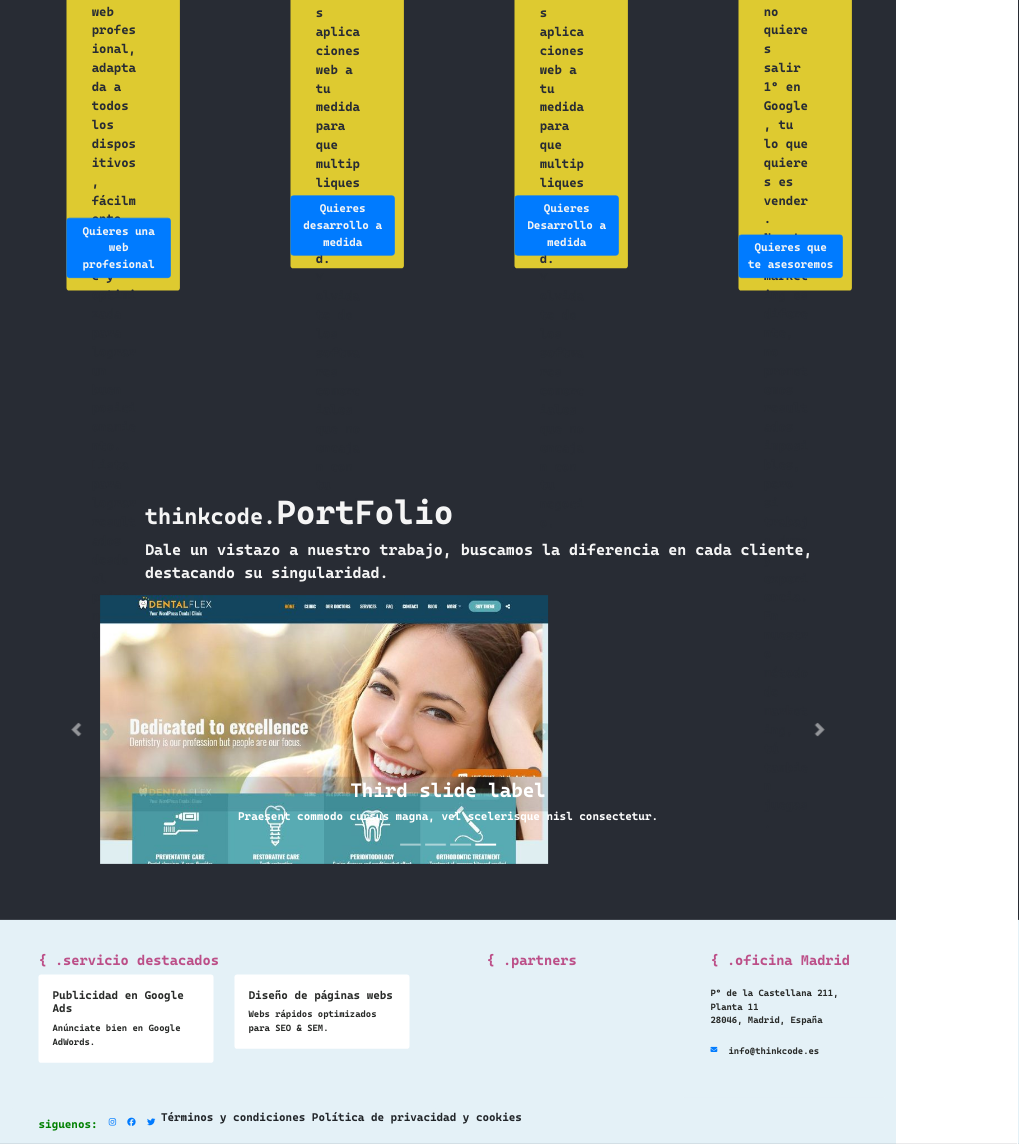
Repository: banchiec/thinkcode
Page: /
The author's editor kept a copy of each file at every save. The page is drawn from the files as they stood at one save, then again after the next save.
The browser window is 1280 px wide. The page is 1455 px wide, so the pictures cover 1455 px, including what lies to the right of the window. The pictures show the part of the page from y = 1533 to 3213 px (the page is 3167 px tall before and 3213 px after), at 70% of full size.
Some web libraries are served in a nearby version. The project was rebuilt for these pictures with package versions that can differ from the ones it lists, and the page was loaded fresh each time. A package was used in the major version that the imports need, not the one package.json lists. Also part of the build but not shown: src/components/MenuItems.js, src/components/Dropdownthink.css, src/components/Dropdownthink.js, src/components/pages/Consulting.js, src/components/pages/ContactUs.js, src/components/pages/Marketing.js, src/components/pages/Products.js, src/components/pages/Services.js and 1 more. Imported but missing from the stored project, and not drawn on this page: src/components/sliderInfo/SliderInfo.

Above is the page before, as saved 2020-11-30 13:52:32.

### public/index.html
<!DOCTYPE html>
<html lang="en">
  <head>
    <meta charset="utf-8" />
    <link rel="icon" href="%PUBLIC_URL%/favicon.ico" />
    <meta name="viewport" content="width=device-width, initial-scale=1" />
    <meta name="theme-color" content="#000000" />
    <meta
      name="description"
      content="Web site created using create-react-app"
    />
    <link rel="apple-touch-icon" href="%PUBLIC_URL%/logo192.png" />

    <!-- fontawesome -->
    <script src="https://kit.fontawesome.com/e7a02c1b14.js" crossorigin="anonymous"></script>
    <!-- jquery -->
    <script src="https://code.jquery.com/jquery-2-2.0.min.js"></script>
    <!--
      manifest.json provides metadata used when your web app is installed on a
      user's mobile device or desktop. See https://developers.google.com/web/fundamentals/web-app-manifest/
    -->
    <link rel="manifest" href="%PUBLIC_URL%/manifest.json" />
    <!--
      Notice the use of %PUBLIC_URL% in the tags above.
      It will be replaced with the URL of the `public` folder during the build.
      Only files inside the `public` folder can be referenced from the HTML.

      Unlike "/favicon.ico" or "favicon.ico", "%PUBLIC_URL%/favicon.ico" will
      work correctly both with client-side routing and a non-root public URL.
      Learn how to configure a non-root public URL by running `npm run build`.
    -->
    <title>React App</title>
  </head>
  <body>
    <noscript>You need to enable JavaScript to run this app.</noscript>
    <div id="root"></div>
    <!--
      This HTML file is a template.
      If you open it directly in the browser, you will see an empty page.

      You can add webfonts, meta tags, or analytics to this file.
      The build step will place the bundled scripts into the <body> tag.

      To begin the development, run `npm start` or `yarn start`.
      To create a production bundle, use `npm run build` or `yarn build`.
    -->


  </body>
</html>

### src/index.css
body {
  margin: 0;
  font-family: -apple-system, BlinkMacSystemFont, 'Segoe UI', 'Roboto', 'Oxygen',
    'Ubuntu', 'Cantarell', 'Fira Sans', 'Droid Sans', 'Helvetica Neue',
    sans-serif;
  -webkit-font-smoothing: antialiased;
  -moz-osx-font-smoothing: grayscale;
}

code {
  font-family: source-code-pro, Menlo, Monaco, Consolas, 'Courier New',
    monospace;
}
@font-face{
  font-family: 'CascadiaCode-Bold';
  src: local('CascadiaCode-Bold'), url(./fonts/CascadiaCode-Bold.ttf)
}

### src/App.js
import './App.css';
// import logo_thinkcode from './logo_thinkcode.png'
import React, {} from 'react'
import 'animate.css'
import Navbarthink from './components/Navbarthink'
import InfoSection from './components/infoSection/InfoSection'
import Pricing from './components/pricing/Pricing'
import Footer from './components/footer/Footer'
import Slide from './components/slide/Slide'
import FormContact from './components/forms/FormContact'
import {BrowserRouter as Router, Switch, Route} from 'react-router-dom'


// import Button  from 'react-bootstrap/Button'
// import 'bootstrap/dist/css/bootstrap.min.css'

// import {Navbar,Button, Nav , NavLink} from 'react-bootstrap'

import Consulting from './components/pages/Consulting'
import ContactUs from './components/pages/ContactUs'
import Home from './components/pages/Home'
import Marketing from './components/pages/Marketing'
import Products from './components/pages/Products'
import Services from './components/pages/Services'
import SignUp from './components/pages/SignUp'
// import InfoSection from './components/infoSection/InfoSection';

function App() {

  // const [click, setClick] = useState(false)
  // const [dropdown, setDropdown] = useState(false)




  return (
    <div className="App">
      <Router>
        <Navbarthink/>
        <Switch>
          <Route path='/consulting' exact component ={Consulting}></Route>
          <Route path='/contact-us' exact component ={ContactUs}></Route>
          <Route path='/' exact component ={Home}></Route>
          <Route path='/marketing' exact component ={Marketing}></Route>
          <Route path='/products' exact component ={Products}></Route>
          <Route path='/services' exact component ={Services}></Route>
          <Route path='/sign-up' exact component ={SignUp}></Route>
        </Switch>
        <InfoSection></InfoSection>
        <Pricing></Pricing>
        <Slide/>
        <Footer/>
      </Router>

    </div>
  );
}

export default App;

### src/App.css
*{
  box-sizing: border-box;
  margin: 0;
  padding: 0;
  font-family: CascadiaCode-Bold;
  /* background: #282c34 ; */
  /* background: linear-gradient(90deg, rgb(76, 80, 88) 100%, rgb(8, 8, 9) 0%); */
}

.App {
  text-align: center;
  background: #282c34 ;
}

.App-logo {
  height: 40vmin;
  pointer-events: none;
}

.home, .services, .products,.contact-us,.sign-up, .marketing, .consulting{
  display: flex;
  height: 90vh;
  align-items: center;
  justify-content: center;
  font-size: 3rem;
}





@media (prefers-reduced-motion: no-preference) {
  .App-logo {
    animation: App-logo-spin infinite 20s linear;
  }
}

.App-header {
  background-color: #282c34;
  min-height: 100vh;
  display: flex;
  flex-direction: column;
  align-items: center;
  justify-content: center;
  font-size: calc(10px + 2vmin);
  color: white;
}

.App-link {
  color: #61dafb;
}

@keyframes App-logo-spin {
  from {
    transform: rotate(0deg);
  }
  to {
    transform: rotate(360deg);
  }
}

### src/components/Navbarthink.js
import React, { useState} from 'react'
import logo_thinkcode from '../images/logo_thinkcode.png'
// import logo_thinkcode from '../images/logo_thinkcode.png'
import { Buttonthink} from './Buttonthink'
import {Link} from 'react-router-dom'
import './Navbarthink.css'
import Dropdownthink from './Dropdownthink'

export default function Navbarthink(){
    const [click, setClick] = useState(false)
    const [dropdown, setDropdown] = useState(false)

    const handleClick = () => setClick(!click)
    const closeMobileMenu = () => setClick(false)

    const onMouseEnter = () =>{
        if(window.innerWidth < 960) {
        setDropdown(false)
        } else {
        setDropdown(true)
        }
    }
    const onMouseLeave = () =>{
        if(window.innerWidth < 960) {
        setDropdown(false)
        } else {
        setDropdown(false)
        }
    }

    return(
        <>
            <nav className="navbarthink">
                <Link to='/' className="navbar-logo">
                    {/* thinkcode */}
                    <img alt="" src={logo_thinkcode} width="300" height="40"></img>
                </Link>
                <div className='menu-icon' onClick={handleClick}>
                    <i className={click ? 'fas fa-times' : 'fas fa-bars'}
                    />
                </div>
                <ul className={ click ? 'nav-menu active' : 'nav-menu'}>

                    <li className='nav-item'>
                        <Link to='/' className='nav-links' onClick={closeMobileMenu}>
                            Home
                        </Link>
                    </li>
                    <li className='nav-item'
                        onMouseEnter={onMouseEnter}
                        onMouseLeave={onMouseLeave}
                        // onClick={handleClick}
                        >
                        <Link to='/services' className='nav-links' onClick={closeMobileMenu}>
                           Services
                           <i className='fas fa-caret-down' />
                        </Link>
                        {dropdown && <Dropdownthink/>}
                    </li>
                    <li className='nav-item'>
                        <Link to='/products' className='nav-links' onClick={closeMobileMenu}>
                            Products
                        </Link>
                    </li>
                    <li className='nav-item'>
                        <Link to='/contact-us' className='nav-links' onClick={closeMobileMenu}>
                           Contact Us
                        </Link>
                    </li>
                    <li className='nav-item'>
                        <Link to='/sign-up' className='nav-links-mobile' onClick={closeMobileMenu}>
                           Sign up
                        </Link>
                    </li>

                </ul>
                <Buttonthink />
            </nav>
        </>
    )

}

### src/components/infoSection/InfoSection.js
import React from 'react'
// import {AlltextInfoSection} from './AlltextInfoSection'
import imagensvg3 from '../../images/imagensvg3.svg'
import 'bootstrap/dist/css/bootstrap.min.css'
import './infoSection.css'
import {Col, Container,Row,} from 'react-bootstrap'

export default function InfoSection() {

    return (
            <Container fluid  className="content-infoSection">
                <Row>
                    {
                        // AlltextInfoSection.map((item,index) => {
                        //     return (
                        //         <Row>
                        //         <Col  md={6} lg={6} >
                        //             {/* <h1 key={index}>{item.firstTitle}</h1> */}
                        //             <div className="content-text-infoSection">
                        //                 <h2 >{item.firstTitle}<span className="text-title-infoSection animate__animated animate__fadeInLeft animate__delay-1s">{item.secundTitle}</span></h2>
                        //                 <p className="text-infoSection">{item.text}</p>
                        //             </div>
                        //         </Col>
                        //         <Col  md={6} lg={6}  >
                        //             <img  className="imagensvg-infoSection" alt="" src={imagensvg3}></img>
                        //         </Col>
                        //         </Row>
                        //     )
                        // })
                    }

                    <Col  md={6} lg={6} >
                        <div className="content-text-infoSection">
                            <h2 >thinkcode.<span className="text-title-infoSection animate__animated animate__fadeInLeft animate__delay-1s">developers</span></h2>
                            <p className="text-infoSection">Diseño y desarrollo de aplicaciones y páginas web para tu negocio o proyecto.
                            Disfrutamos mucho con lo que hacemos, compruébalo.</p>
                        </div>
                    </Col>
                    <Col  md={6} lg={6}  >
                        <img  className="imagensvg-infoSection" alt="" src={imagensvg3}></img>
                    </Col>

                </Row>

            </Container >
            // <Container fluid  className="content-infoSection">
            //     <Row>
            //         <Col  md={6} lg={6} >
            //             <div className="content-text-infoSection">
            //                 <h2 >thinkcode.<span className="text-title-infoSection animate__animated animate__fadeInLeft animate__delay-1s">developers</span></h2>
            //                 <p className="text-infoSection">Diseño y desarrollo de aplicaciones y páginas web para tu negocio o proyecto.
            //                 Disfrutamos mucho con lo que hacemos, compruébalo.</p>
            //             </div>
            //         </Col>
            //         <Col  md={6} lg={6}  >
            //             <img  className="imagensvg-infoSection" alt="" src={imagensvg3}></img>
            //         </Col>

            //     </Row>

            // </Container >
    )
}

### src/components/pages/Home.js
import React,{useEffect} from 'react'
import '../sliderInfo/SliderInfo'

export default function Home() {

    useEffect(()=>{
    })
    return (
        <div>
            {/* <InfoSection></InfoSection> */}
            {/* <Pricing></Pricing> */}
            {/* <Slide/> */}
            {/* <Footer/> */}

           {/* <h1 className='consulting' >Thinkcode</h1> */}
        </div>
    )
}

### src/components/Buttonthink.js
import React  from 'react'
import './Buttonthink.css'
import {Link} from 'react-router-dom'

export function Buttonthink() {
        return (
            <Link to ='sing-up'>
               <button className='btnthink'>Sign think </button>
            </Link>
        )
}

### src/components/Navbarthink.css
.navbarthink{
  /* background: linear-gradient(9deg, rgb(66, 80, 88) 0%, rgb(8, 8, 9) 100%); */
  background: #282c34;

  height: 80px;
  display: flex;
  justify-content: center;
  align-items: center;
  font-size: 1.2rem;
}

.navbar-logo {
  color: #fff;
  justify-self: start;
  margin-left: 40px;
  cursor: pointer;
  text-decoration: none;
}

.fa-firstdraft {
  margin-left: 0.5rem;
  font-size: 1.6rem;
}

.nav-menu {
  display: grid;
  grid-template-columns: repeat(5, auto);
  grid-gap: 10px;
  list-style: none;
  text-align: center;
  width: 70vw;
  justify-content: end;
  margin-right: 2rem;
}

.nav-item {
  display: flex;
  align-items: center;
  height: 80px;
}

.nav-links {
  color: white;
  text-decoration: none;
  padding: 0.5rem 1rem;
}

.nav-links:hover {
  background-color: #1888ff;
  border-radius: 4px;
  transition: all 0.2s ease-out;
}

.fa-bars {
  color: #fff;
}

.nav-links-mobile {
  display: none;
}

.menu-icon {
  display: none;
}

@media screen and (max-width: 960px) {
  /* .text-propuesta {
    margin-top: 12rem;
  } */

  .fa-caret-down {
    display: none;
  }
  .NavbarItems {
    position: relative;
  }

  .nav-menu {
    display: flex;
    flex-direction: column;
    width: 100%;
    height: 90vh;
    position: absolute;
    top: 80px;
    left: -100%;
    opacity: 1;
    transition: all 0.9s ease;
  }

  .nav-menu.active {
    background: #2a2c30;
    left: 0;
    opacity: 1;
    transition: all 0.5s ease;
    z-index: 1;
  }

  .nav-links {
    text-align: center;
    padding: 2rem;
    width: 100%;
    display: table;
  }

  .nav-links:hover {
    background-color: #1888ff;
    border-radius: 0;
  }

  .navbar-logo {
    position: absolute;
    top: 0;
    left: 0;
    transform: translate(25%, 50%);
  }

  .menu-icon {
    display: block;
    position: absolute;
    top: 0;
    right: 0;
    transform: translate(-100%, 60%);
    font-size: 1.8rem;
    cursor: pointer;
  }

  .fa-times {
    color: #fff;
    font-size: 2rem;
  }

  .nav-links-mobile {
    display: block;
    text-align: center;
    padding: 1.5rem;
    margin: 2rem auto;
    border-radius: 4px;
    width: 80%;
    background: #1888ff;
    text-decoration: none;
    color: #fff;
    font-size: 1.5rem;
  }

  .nav-links-mobile:hover {
    background: #fff;
    color: #1888ff;
    transition: 250ms;
  }

  button {
    display: none;
  }
}

### src/components/infoSection/infoSection.css
.content-infoSection {
    /* padding: 0; */
    margin-top: 150px;
    background: #282c34 ;
    height: 700px;
    /* border: 1px solid rebeccapurple; */
}
.content-text-infoSection {
    margin-left: 12rem;
    margin-top: 8rem;
    text-align: start;
    /* border: 0; */
    /* padding: 0; */
    /* border: 1px solid whitesmoke; */
    color: whitesmoke;
}
.imagensvg-infoSection {
    padding: 0;
    /* border-right: 5px; */
    width: 800px;

}
.text-title-infoSection{
    font-size: 3rem;
    /* size: 12px; */
}
.text-infoSection {
    font-size: 22px;
}
@media screen and (max-width: 960px) {
    .content-infoSection {
        margin-top: 0px;
    }
    .text-infoSection{
        margin-top: 3rem;
        margin-left: 1rem;
        margin-right: 1rem;
    }
    .imagensvg-infoSection{
        margin-top: 5rem;
        width: 500px;
    }
    .content-text-infoSection {
        margin-left: 1rem;
    }
    .text-propuesta {
        margin-top: 15rem;
    }

}

### src/components/pricing/Pricing.css
.container-pricing {
    /* background-color: whitesmoke; */
    /* border: 1px solid white; */
    /* height:  800px; */
    background: linear-gradient(90deg, rgb(76, 80, 88) 100%, rgb(66, 66 66) 0%);
    /* z-index: -1; */
}
.container-card{
    padding-top: 4rem;
    align-content: center;
    padding: auto;
    text-align: start;
    /* height: 600px; */
    /* background-color: violet; */
    /* color: transparent; */
}
.card-pricing {
    /* width: 34rem; */
    margin-left: 5rem;
    background: #deca30;
    /* background: #3b4454; */
    /* background: linear-gradient(90deg, rgb(224, 242, 241) 0%, rgb(255, 255, 255) 100%); */
    margin-right: 3rem;
    height: 52rem;
}
.card-left {
    margin-top: 4rem;
}
.card-right {
    margin-top: 4rem;
}
.card-button {
    /* margin-top: 3rem; */
    /* margin-left: 13rem; */
    position: absolute;
    right: 13px;
    bottom: 18px;
    color: whitesmoke;
}
.text-card {
    padding-top: 1.5rem;
    padding-left: 1rem;
    padding-right: 2.5rem;
    color: #282c34;
    font-size: 18px;
}
.image-pricing {
    height: 15rem;
    width: 80%;
    align-self: center;
}
.title-card {
    /* padding-top: 0.2rem; */
    padding-left: 1rem;
    color: #282c34;
    font-size: 28px;
}
.text-propuesta {
    margin: 0 0.5rem;
    animation: bounce;
    animation-duration: 2s;
    color: whitesmoke;
    font-size: 3rem;
}

@media screen and (max-width: 960px){
    .text-propuesta{
        margin-top: 12rem;
    }
}

### src/components/footer/Footer.css
.container-footer {
    border: 0;
    /* padding: 0; */
    /* border: 1px solid green; */
    height: auto;
    background: #e4f1f7;
}
.card{
    /* padding-bottom: 22px; */
    border: 0;
    /* background: white; */
    text-align: left;
    font-size: small;
    width: auto;
    /* background: #deca30; */
}
.card-footer {
    padding-top: 10px;
    padding-bottom: 22px;
    border: 0;
    color: #282a28;
    background: #e4f1f7;
}
.text-card-footer  {
    padding: 0;
    margin-top: 1.5rem;
    font-size: small;
    text-align: start;
}
.title-footer{
    text-align: left;
    font-size: medium;
}
.title-card-footer {
    margin-top: 1rem;
    text-align: left;
    color: #bc4f88;
}
.pin-ic{
    margin-top: 12px;
    margin: 8px;
    position:center;
}

.pin-ic-enveloped{
    margin-top: 12px;
    /* margin: 8px; */
    margin-right: 1rem;
    position:center;
}
.iconos-redes-sociales{
    position: relative;
    margin-left: 2.5rem;
}
.text-siguenos{
    margin-top: 10px;
    margin-right: 8px;
    color: green;

}

### src/components/slide/Slide.css
.container-slider {
    margin-top: 10rem;
    border-top: 5rem;
    margin-bottom: 5rem;
}
.d-block {
    margin-left: 8rem;
    width: 40rem;
    height: 24rem;
    /* border:1px solid green; */
}

.container-secundary-slider .d-block {
    width: 20rem;
    height: 12rem;
    margin-left: 2rem;


}
.carousel-large {
    width: 100%;
}
@media screen and (max-width: 960px) {
    .d-block {
        margin-left: auto;
    }

}

### src/components/Buttonthink.css
:root{
    --primary: #1888ff;
}
.btnthink{
    padding: 8px 20px;
    border-radius: 4px;
    outline: none;
    border: none;
    font-size: 18px;
    color: #fff;
    cursor: pointer;
    background-color: var(--primary);
}
.btnthink:hover {
    padding: 6px 18px;
    transition: all 1.5s ease-out;
    background-color: transparent;
    color: #2a2a2a;
    border-radius: 4px;
    border: 2px solid var(--primary)
}

### src/components/forms/FormContact.js
import React from 'react'
import { Form, InputGroup,Button, FormControl } from 'react-bootstrap'

export default function FormContact() {
    return (
        <div>
            <Form inline>
            <Form.Label htmlFor="inlineFormInputName2" srOnly>
                Name
            </Form.Label>
            <Form.Control
                className="mb-2 mr-sm-2"
                id="inlineFormInputName2"
                placeholder="Jane Doe"
            />
            <Form.Label htmlFor="inlineFormInputGroupUsername2" srOnly>
                Username
            </Form.Label>
            <InputGroup className="mb-2 mr-sm-2">
                <InputGroup.Prepend>
                <InputGroup.Text>@</InputGroup.Text>
                </InputGroup.Prepend>
                <FormControl id="inlineFormInputGroupUsername2" placeholder="Username" />
            </InputGroup>
            <Button type="submit" className="mb-2">
                Submit
            </Button>
            </Form>

        </div>
    )
}

Loaded but not shown: src/index.js (common file); src/components/footer/Footer.js (102 lines, source omitted); src/components/pricing/Pricing.js (84 lines, source omitted); src/components/slide/Slide.js (84 lines, source omitted)

After the next save:
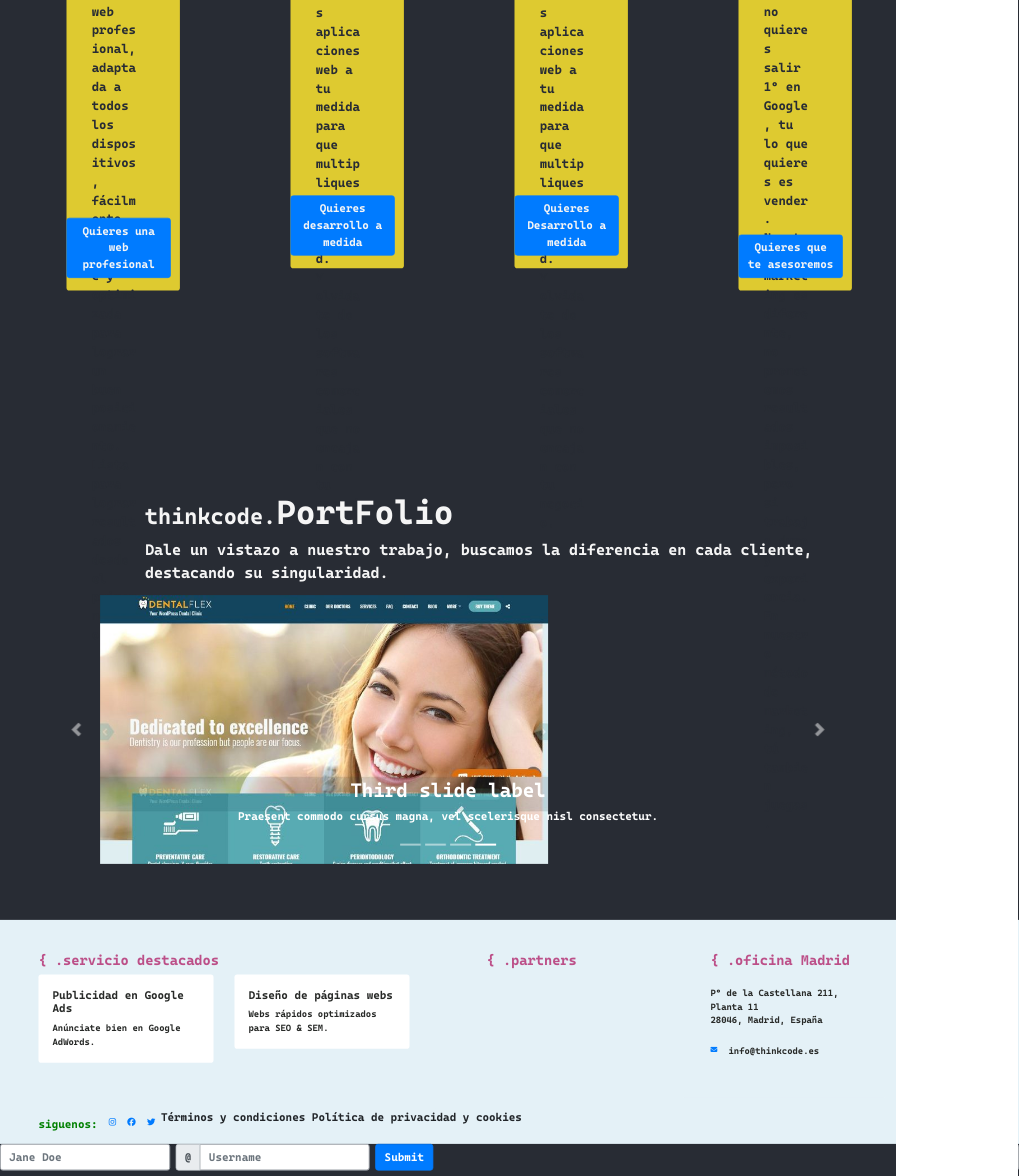
Saved 23 s later.
--- a/src/App.js
+++ b/src/App.js
@@ -50,6 +50,7 @@ function App() {
         <Pricing></Pricing>
         <Slide/>
         <Footer/>
+        <FormContact></FormContact>
       </Router>
 
     </div>
